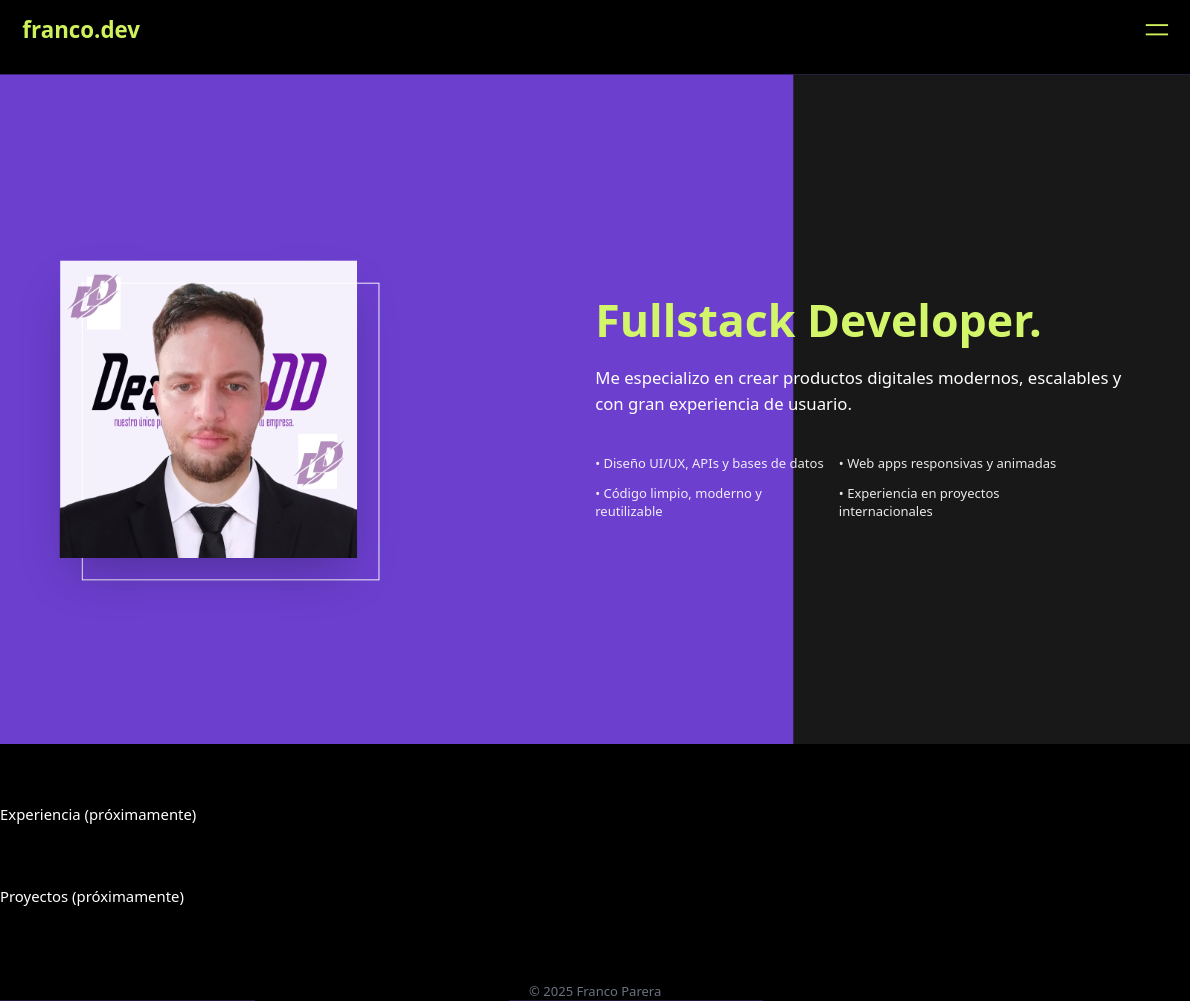
Repository: francoluca35/portfolio-franco-dev
Page: /
The author's editor kept a copy of each file at every save. The page is drawn from the files as they stood at one save, then again after the next save.
The browser window is 1280 px wide. The pictures show the whole page, at 93% of full size.
The project was rebuilt for these pictures with package versions that can differ from the ones it lists, and the page was loaded fresh each time. The framework's server and built-in components were replaced by stand-ins that run in the browser. Also part of the build but not shown: next.config.js.

Above is the page before, as saved 2025-05-06 01:22:59.

### app/layout.jsx
import Nav from "../components/Nav";
import "../styles/globals.css";

export const metadata = {
  title: "Franco Parera | Desarrollador Web Fullstack",
  description:
    "Portfolio de Franco Parera, desarrollador web especializado en React, Next.js y soluciones escalables.",
  keywords:
    "desarrollador web, portfolio, frontend, backend, next.js, react, diseño web, SEO, Buenos Aires",
  authors: [{ name: "Franco Parera" }],
  creator: "Franco Parera",
  openGraph: {
    title: "Franco Parera | Desarrollador Web",
    description:
      "Conocé mis proyectos como desarrollador web fullstack. Diseño moderno, rendimiento y SEO.",
    url: "https://tusitio.com",
    siteName: "Franco Parera | Portfolio",
    images: [
      {
        url: "https://tusitio.com/og-image.jpg",
        width: 1200,
        height: 630,
        alt: "Imagen portfolio Franco",
      },
    ],
    locale: "es_AR",
    type: "website",
  },
  twitter: {
    card: "summary_large_image",
    title: "Franco Parera | Desarrollador Web",
    description:
      "Portfolio profesional de Franco Parera con proyectos reales, experiencia y habilidades técnicas.",
    images: ["https://tusitio.com/og-image.jpg"],
  },
};

export default function RootLayout({ children }) {
  return (
    <html lang="es">
      <head>
        <meta name="viewport" content="width=device-width, initial-scale=1" />
        <link rel="icon" href="/favicon.ico" />
      </head>
      <body className="bg-black text-white antialiased">
        <Nav />
        <div className="pt-20">{children}</div>{" "}
      </body>
    </html>
  );
}

### app/page.jsx
"use client";

import Hero from "../components/Hero";
import Experience from "../components/Experience";
import Projects from "../components/Projects";
import Footer from "../components/Footer";

export default function Home() {
  return (
    <>
      <main>
        <section id="inicio">
          <Hero />
        </section>

        <section id="experiencia">
          <Experience />
        </section>

        <section id="proyectos">
          <Projects />
        </section>

        <section id="contacto">
          <Footer />
        </section>
      </main>
    </>
  );
}

### components/Nav.jsx
"use client";

import { useState } from "react";
import Link from "next/link";
import { motion, AnimatePresence } from "framer-motion";

export default function Nav() {
  const [isOpen, setIsOpen] = useState(false);

  return (
    <>
      {/* Top navbar */}
      <nav className="fixed w-full px-6 py-4 flex justify-between items-center z-50 bg-black/80 backdrop-blur-sm text-white shadow-md">
        <h1 className="text-2xl font-bold text-[#CFF25C]">franco.dev</h1>

        <button onClick={() => setIsOpen(true)} className="space-y-2">
          <span className="block w-6 h-0.5 bg-[#CFF25C]"></span>
          <span className="block w-6 h-0.5 bg-[#CFF25C]"></span>
        </button>
      </nav>

      {/* Fullscreen menu */}
      <AnimatePresence>
        {isOpen && (
          <motion.div
            initial={{ opacity: 0 }}
            animate={{ opacity: 1 }}
            exit={{ opacity: 0 }}
            className="fixed inset-0 bg-[#E60000] text-white flex flex-col items-center justify-center text-5xl font-extrabold z-50"
          >
            <button
              onClick={() => setIsOpen(false)}
              className="absolute top-6 right-8 text-lg font-bold"
            >
              close
            </button>

            <ul className="space-y-8 text-center">
              <li>
                <Link href="#inicio" onClick={() => setIsOpen(false)}>
                  HOME
                </Link>
              </li>
              <li>
                <Link href="#experiencia" onClick={() => setIsOpen(false)}>
                  EXPERIENCIA
                </Link>
              </li>
              <li>
                <Link href="#proyectos" onClick={() => setIsOpen(false)}>
                  PROYECTOS
                </Link>
              </li>
              <li>
                <Link href="#contacto" onClick={() => setIsOpen(false)}>
                  CONTACTO
                </Link>
              </li>
            </ul>

            <div className="text-sm font-light mt-16 flex gap-8">
              <a
                href="https://linkedin.com/in/francoparera"
                target="_blank"
                rel="noopener noreferrer"
              >
                LinkedIn
              </a>
              <a
                href="https://twitter.com"
                target="_blank"
                rel="noopener noreferrer"
              >
                Twitter
              </a>
            </div>
          </motion.div>
        )}
      </AnimatePresence>
    </>
  );
}

### components/Hero.jsx
"use client";
import { motion } from "framer-motion";
import Image from "next/image";

export default function Hero() {
  return (
    <section className="relative w-full min-h-screen bg-[#6C3FCF] text-white flex items-center justify-center px-6 sm:px-12 py-20">
      {/* Fondo negro a la derecha solo en desktop */}
      <div className="hidden md:block absolute top-0 right-0 w-1/3 h-full bg-[#181818] z-0" />

      {/* Contenido */}
      <div className="relative z-10 max-w-6xl w-full flex flex-col items-center md:flex-row md:items-center md:justify-between gap-10 md:gap-0">
        {/* Imagen arriba en mobile, a la derecha en desktop */}
        <motion.div
          initial={{ opacity: 0, scale: 0.95 }}
          animate={{ opacity: 1, scale: 1 }}
          transition={{ duration: 0.6 }}
          className="relative flex justify-center"
        >
          {/* Cuadro blanco detrás */}
          <div className="absolute top-6 left-6 w-60 h-60 md:w-80 md:h-80 border border-white z-0" />

          {/* Imagen principal */}
          <div className="relative w-60 h-60 md:w-80 md:h-80 shadow-2xl overflow-hidden z-10">
            <Image
              src="/assets/yo-franco.png"
              alt="Foto de Franco"
              fill
              className="object-cover"
              priority
            />
          </div>
        </motion.div>

        {/* Texto debajo en mobile, izquierda en desktop */}
        <div className="text-center md:text-left md:w-1/2 space-y-6">
          <motion.h1
            initial={{ opacity: 0, y: 20 }}
            animate={{ opacity: 1, y: 0 }}
            transition={{ duration: 0.6 }}
            className="text-4xl sm:text-5xl font-extrabold text-[#D3F56A]"
          >
            Fullstack Developer.
          </motion.h1>

          <motion.p
            initial={{ opacity: 0, y: 20 }}
            animate={{ opacity: 1, y: 0 }}
            transition={{ delay: 0.2, duration: 0.6 }}
            className="text-base sm:text-lg text-white max-w-xl mx-auto md:mx-0"
          >
            Me especializo en crear productos digitales modernos, escalables y
            con gran experiencia de usuario.
          </motion.p>

          <div className="grid grid-cols-1 sm:grid-cols-2 gap-3 text-sm text-white/90 max-w-lg mx-auto md:mx-0 pt-4">
            <p>• Diseño UI/UX, APIs y bases de datos</p>
            <p>• Web apps responsivas y animadas</p>
            <p>• Código limpio, moderno y reutilizable</p>
            <p>• Experiencia en proyectos internacionales</p>
          </div>
        </div>
      </div>
    </section>
  );
}

### components/Experience.jsx
export default function Experience() { return <section className="my-16">Experiencia (próximamente)</section>; }

### components/Projects.jsx
export default function Projects() { return <section className="my-16">Proyectos (próximamente)</section>; }

### components/Footer.jsx
export default function Footer() { return <footer className="mt-20 text-center text-sm text-gray-500">© 2025 Franco Parera</footer>; }

### tailwind.config.js
/** @type {import('tailwindcss').Config} */
module.exports = {
  content: [
    "./app/**/*.{js,ts,jsx,tsx}",
    "./components/**/*.{js,ts,jsx,tsx}",
  ],
  darkMode: 'class',
  theme: {
    extend: {},
  },
  plugins: [],
}

Loaded but not shown: styles/globals.css (common file)

After the next save:
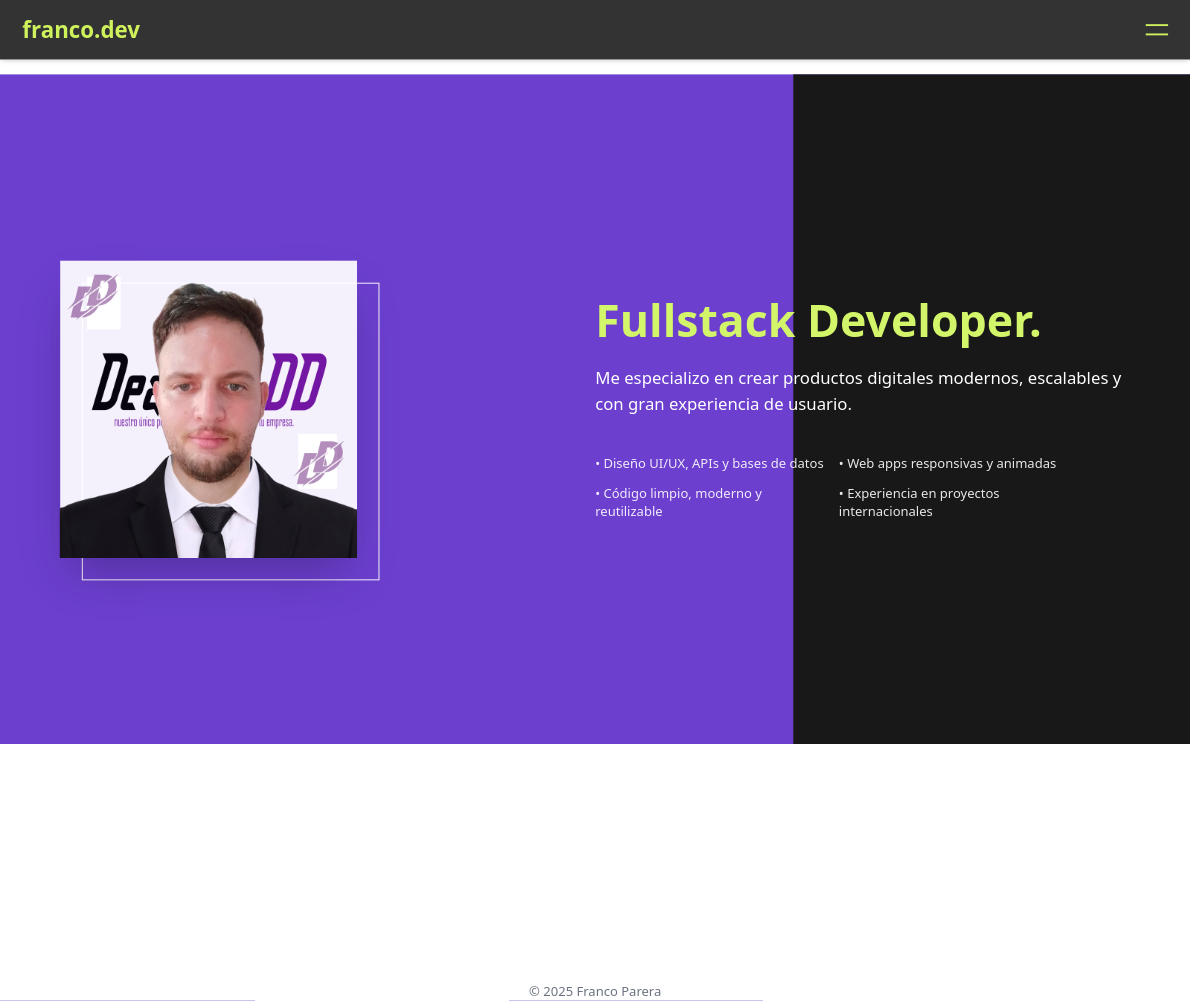
Saved 5 s later.
--- a/app/layout.jsx
+++ b/app/layout.jsx
@@ -42,7 +42,7 @@ export default function RootLayout({ children }) {
         <meta name="viewport" content="width=device-width, initial-scale=1" />
         <link rel="icon" href="/favicon.ico" />
       </head>
-      <body className="bg-black text-white antialiased">
+      <body className=" text-white antialiased">
         <Nav />
         <div className="pt-20">{children}</div>{" "}
       </body>
